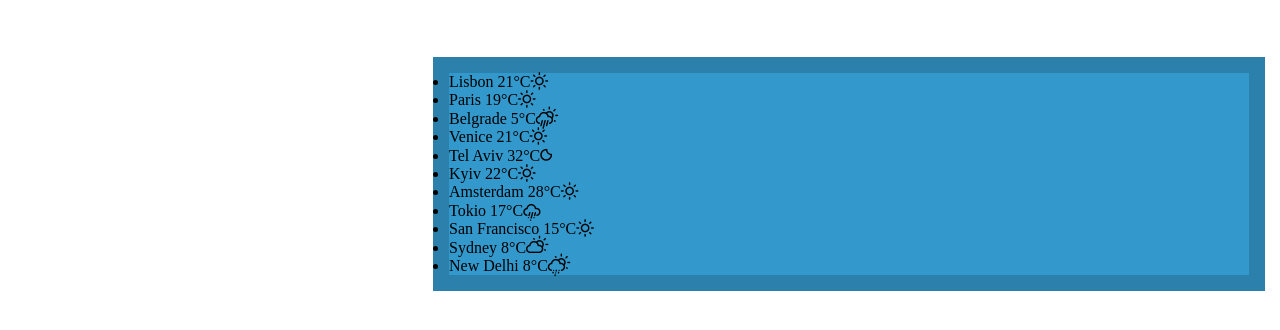
Repository: shpakovskaya/github.io
Page: boxsizing/weatherforecast/index.html
These files come from the project's save history. The page is drawn as it stood at one moment and after the next save; the edit follows.
The browser window is 1280 px wide. The pictures show the whole page.

Above is the page before, as saved 2021-11-27 20:20:15.

After the next save:
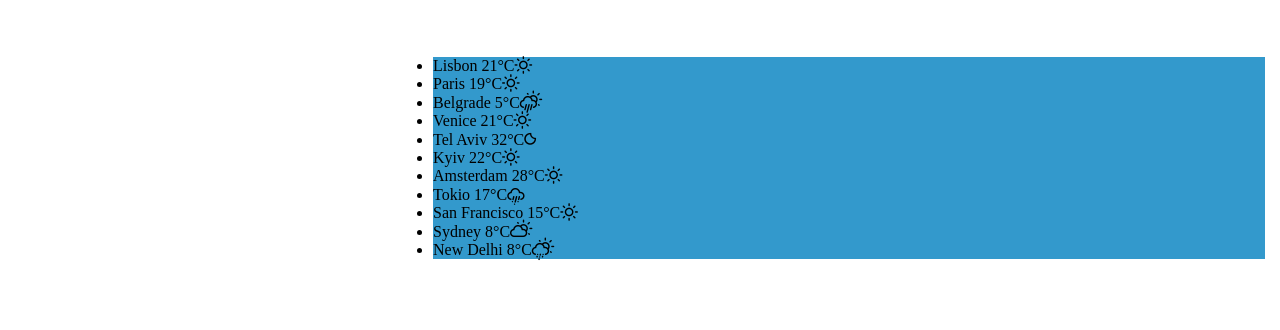
Saved 46 s later.
--- a/boxsizing/weatherforecast/style.css
+++ b/boxsizing/weatherforecast/style.css
@@ -11,6 +11,6 @@
   position: relative;
   top: 57px;
   left: 433px;
-  border: 16px solid #2b81ac;
+  border: 16px 14px 17px 13px solid #2b81ac;
   background-color: #3399cc;
 }

After the save that followed:
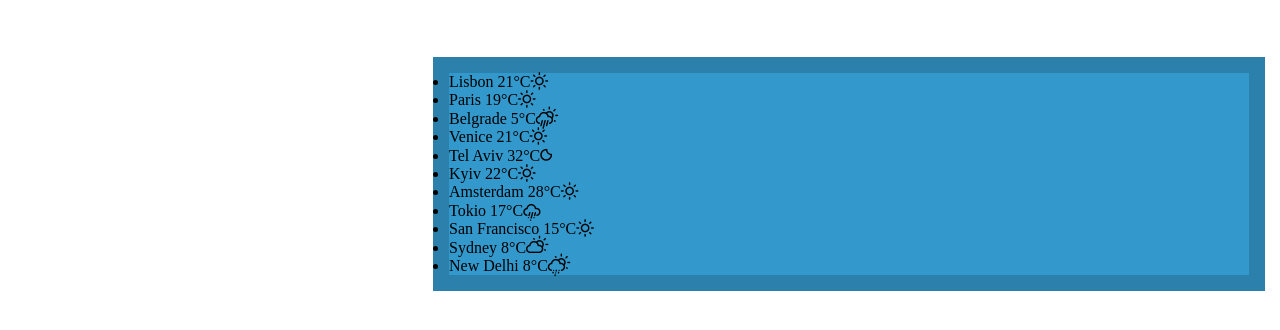
Saved 13 s later.
--- a/boxsizing/weatherforecast/style.css
+++ b/boxsizing/weatherforecast/style.css
@@ -11,6 +11,6 @@
   position: relative;
   top: 57px;
   left: 433px;
-  border: 16px 14px 17px 13px solid #2b81ac;
+  border: 16px solid #2b81ac;
   background-color: #3399cc;
 }
